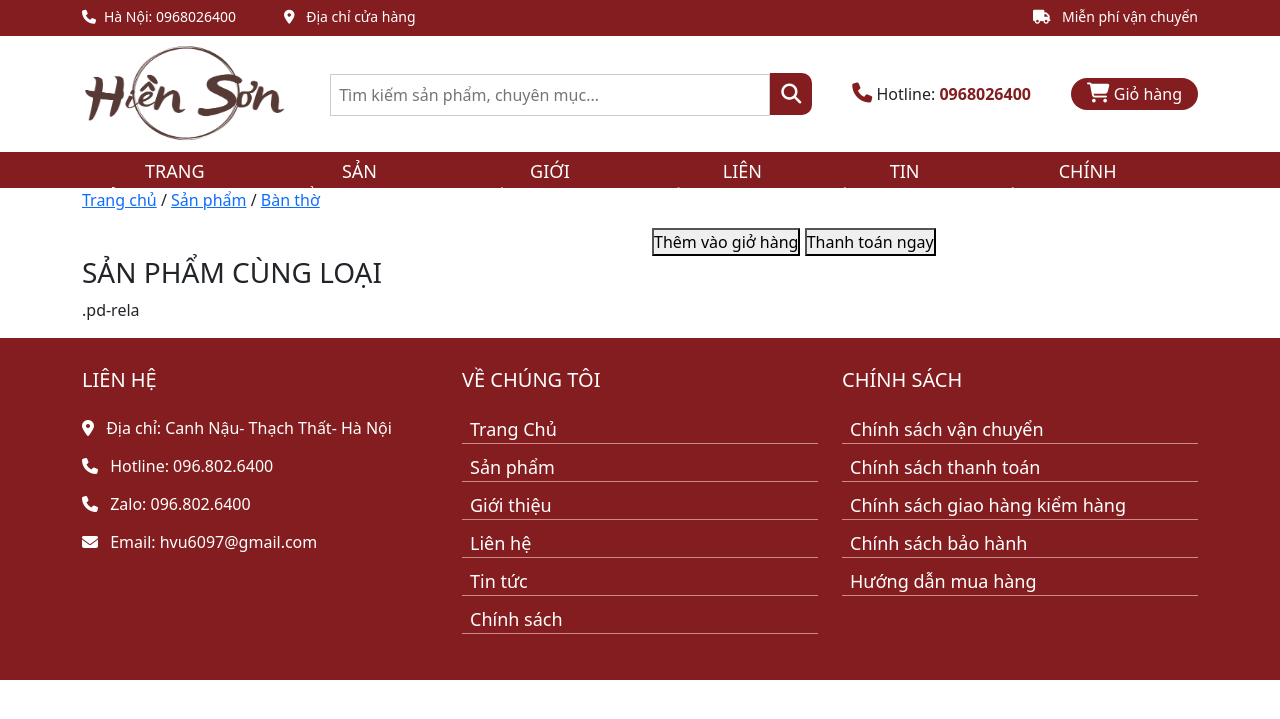
Repository: hoang28092000/do_go_hien_son
Page: product_details/ban_tho-g001.html
These files come from the project's save history. The page is drawn as it stood at one moment and after a run of saves; the edit follows.
The browser window is 1280 px wide. The pictures show the whole page.
Some web libraries are served in a nearby version.

Above is the page before, as saved 2024-08-10 18:34:54.

### product_details/ban_tho-g001.html
<!DOCTYPE html>
<html lang="en">
<head>
    <meta charset="UTF-8">
    <meta name="viewport" content="width=device-width, initial-scale=1.0">
    <link rel="stylesheet" href="../asset/style.css">
    <link rel="stylesheet" href="https://cdnjs.cloudflare.com/ajax/libs/font-awesome/6.6.0/css/all.min.css" integrity="sha512-Kc323vGBEqzTmouAECnVceyQqyqdsSiqLQISBL29aUW4U/M7pSPA/gEUZQqv1cwx4OnYxTxve5UMg5GT6L4JJg==" crossorigin="anonymous" referrerpolicy="no-referrer" />
    <link href="https://cdn.jsdelivr.net/npm/bootstrap@5.3.3/dist/css/bootstrap.min.css" rel="stylesheet" integrity="sha384-QWTKZyjpPEjISv5WaRU9OFeRpok6YctnYmDr5pNlyT2bRjXh0JMhjY6hW+ALEwIH" crossorigin="anonymous">
    <title>Bàn thờ gia tiên G001</title>
</head>
<body>
    <div id="header">
        <div class="top_header">
            <div class="container">
                <div class=" d-flex align-items-center justify-content-between pt-1">
                    <div class="d-flex">
                        <p class="mb-0 me-5"><a href="" class="txt-th">
                            <i class="fa-solid fa-phone icon-th pe-2"></i>Hà Nội: 0968026400
                        </a></p>
                        <p class="mb-0"><a href="" class="txt-th">
                            <i class="fa-solid fa-location-dot icon-th pe-2"></i>
                        Địa chỉ cửa hàng</a></p>
                    </div>
                    <p class="mb-0"><a href="" class="txt-th">
                        <i class="fa-solid fa-truck icon-th pe-2"></i>
                    Miễn phí vận chuyển</a></p>
                </div>
            </div>
        </div>
    </div>

        <div class="main_header py-2">
            <div class="container">
                <ul class="d-flex justify-content-between align-items-center ps-0 mb-0">
                    <li class="logo-hs">
                        <a href="../index.html"><img src="../asset/image/logo_1.png" class="logo-hd" alt=""></a>
                    </li>
                    <li class="search-hd">
                        <input type="text" class="input-search-hd" placeholder="Tìm kiếm sản phẩm, chuyên mục..."><i class="fa-solid fa-magnifying-glass icon-search_hd"></i>
                    </li>

                    <li class="contact-hd">
                        <i class="fa-solid fa-phone icon-hd "></i>
                        <span class="txt-hd">Hotline: <b style="color: #831d1f;">0968026400</b></span>
                    </li>

                    <li class="cart-hd">
                        <p class="mb-0 cart-list py-1 px-3">
                            <i class="fa-solid fa-cart-shopping icon-cart"></i><span class="txt-cart"> Giỏ hàng</span>
                        </p>
                    </li>
                </ul>
            </div>
        </div>

        <div class="bottom_header">
            <div class="container">
                <ul class="links d-flex justify-content-center align-items-center mb-0 ps-0">
                    <li class="link "><a href="../index.html" class="txt-link">TRANG CHỦ</a></li>
                    <li class="link"><a href="../website/product.html" class="txt-link">SẢN PHẨM</a></li>
                    <li class="link"><a href="../website/about-us.html" class="txt-link">GIỚI THIỆU</a></li>
                    <li class="link"><a href="../website/contact.html" class="txt-link">LIÊN HỆ</a></li>
                    <li class="link"><a href="../website/news.html" class="txt-link">TIN TỨC</a></li>
                    <li class="link"><a href="../website/policy.html" class="txt-link">CHÍNH SÁCH</a></li>
                 </ul>
            </div>
        </div>
    </div>
    <div class="main-product_details">
        <div class="container">
            <div class="links-product_details">
                <a href="" class="">Trang chủ</a>
                <span class="slash"> /</span>
                <a href="" class="">Sản phẩm</a>
                <span class="slash"> /</span>
                <a href="" class="">Bàn thờ</a>
            </div>

            <div class="card-p_details">
                <div class="row">
                    <div class="col-lg-6">
                        <img src="" alt="" class="img-p_details">
                    </div>
                    <div class="col-lg-6">
                        <div class="info-p_details">
                            <h3 class="name-P_details">

                            </h3>

                            <p class="desc-info-pd"></p>
                            <p class="evaluate">

                            </p>
                            <p class="price-pd"></p>
                            <div class="pay">
                                <button class="add_cart">Thêm vào giở hàng</button>
                                <button class="buy">Thanh toán ngay</button>
                            </div>
                        </div>
                    </div>
                </div>
            </div>
            <h3 class="title-pd">
                SẢN PHẨM CÙNG LOẠI
            </h3>
            .pd-rela
        </div>
    </div>


    <div id="footer" class="mt-3">
        <div class="container">
            <div class="row">
                <div class="col-lg-4">
                    <h4 class="title-ft">LIÊN HỆ</h4>
                    <ul class="list-info">
                        <li>
                            <i class="fa-solid fa-location-dot icon-ft pe-2"></i>
                            <span class="txt-ft">Địa chỉ: Canh Nậu- Thạch Thất- Hà Nội</span>
                        </li>
                        <li>
                            <i class="fa-solid fa-phone icon-ft pe-2"></i>
                            <span class="txt-ft">Hotline: 096.802.6400</span>
                        </li>
                        <li>
                            <i class="fa-solid fa-phone icon-ft pe-2"></i>
                            <span class="txt-ft">Zalo: 096.802.6400    </span>
                        </li>
                        <li>
                            <i class="fa-solid fa-envelope icon-ft pe-2"></i>
                           <span class="txt-ft">Email: hvu6097@gmail.com</span>
                        </li>
                    </ul>
                </div>
                <div class="col-lg-4">
                    <h4 class="title-ft">
                        VỀ CHÚNG TÔI
                    </h4>
                    <ul class="list-links ps-0">
                        <li class="item-link"><a href="../index.html" class="link-ft">Trang Chủ </a></li>
                        <li class="item-link"><a href="../website/product.html" class="link-ft">Sản phẩm</a></li>
                        <li class="item-link"><a href="../website/about-us.html" class="link-ft">Giới thiệu</a></li>
                        <li class="item-link"><a href="../website/contact.html" class="link-ft">Liên hệ</a></li>
                        <li class="item-link"><a href="../website/news.html" class="link-ft">Tin tức</a></li>
                        <li class="item-link"><a href="../website/policy.html" class="link-ft">Chính sách</a></li>
                    </ul>
                </div>
                <div class="col-lg-4">
                    <h4 class="title-ft">
                       CHÍNH SÁCH
                    </h4>
                    <ul class="list-links ps-0">
                        <li class="item-link"><a href="../website/policy.html" class="link-ft">Chính sách vận chuyển </a></li>
                        <li class="item-link"><a href="../website/policy.html" class="link-ft">Chính sách thanh toán</a></li>
                        <li class="item-link"><a href="../website/policy.html" class="link-ft">Chính sách giao hàng kiểm hàng</a></li>
                        <li class="item-link"><a href="../website/policy.html" class="link-ft">Chính sách bảo hành</a></li>
                        <li class="item-link"><a href="../website/policy.html" class="link-ft">Hướng dẫn mua hàng</a></li>
                    </ul>
                </div>

            </div>
        </div>
    </div>
</body>
</html>

### asset/style.css
*{
    padding: 0px;
    margin: 0px ;
    box-sizing: border-box;
    list-style: none;
}

.top_header{
    height: 36px;
    background-color: #831d1f;
}

.top_header .txt-th{
    color: #fff;
    font-size: 14px;
    text-decoration: none;
    font-weight: 500;
}

.top_header .icon-th{
    color: #fff;
}
.top_header .txt-th:hover,
.top_header .icon-th:hover{
    opacity: 0.7;
}

.main_header .logo-hd{
    height: 100px;
    width: 208px;
}
.main_header .input-search-hd{
    font-size: 16px;
    color: #333;
    padding-left: 8px;
    width: 440px;
    height: 42px;
    border: 1px solid #ccc;
    outline: none;
}
.main_header .icon-search_hd{
    font-size: 20px;
    background-color: #831d1f;
    padding: 11px;
    color: #fff;
    border-radius: 0 10px 10px 0;
}
.main_header .icon-search_hd:hover{
    opacity: 0.7;
    cursor: pointer;
}
.main_header .contact-hd .icon-hd{
    font-size: 20px;
    color: #831d1f;
}
.cart-hd .cart-list{
    background-color: #831d1f;
    border-radius: 16px;
}
.cart-hd .txt-cart{
    font-size: 16px;
    font-weight: 500;
    color: #fff;
}
.cart-hd .icon-cart{
    font-size: 20px;
    color: #fff;
}
.cart-hd .cart-list:hover{
    opacity: 0.7;
    cursor: pointer;
}

.bottom_header{
    height: 36px;
    background-color: #831d1f;
}
.bottom_header .links{
    list-style: none;
    padding-top: 6px;
}

.links .txt-link{
    text-decoration: none;
    font-size: 18px;
    font-weight: 500;
    color: #fff;
    padding: 7px 63px 5px;
}
/* .links .txt-link:first-child{
    padding-left:0 ;

}
.links .txt-link:last-child{
    padding-right:0 ;
} */
.links .txt-link:hover{
    cursor: pointer;
    background-color: #bd7071;
}


/* Main*/
#main{
    padding: 20px 0;
}

.left-main .product_portfolio .txt_portfolio{
    font-size: 18px;
    font-weight: 600;
    padding: 4px 10px 4px 0;
    text-align: center;
    background-color: #831d1f;
    color: #fff;
}

.left-main .list_portfolio .items-product{
    border-bottom: 1px solid #ccc;
    padding: 10px 0 4px;
}

.left-main .list_portfolio .items-product:hover{
    background-color: #bd7071;
    color: #fff;
    cursor: pointer;
}
.left-main .list_portfolio .items-product:hover .txt-porduct {
    color: #fff;
}

.left-main .list_portfolio .txt-porduct{
    font-size: 18px;
    color: #333;
    text-decoration: none;
    padding-left: 4px;
    font-weight: 500;
}

/* right-main */

.right-main .first_news .txt-title{
    font-size: 32px;
    font-weight: 600;
    color: #fff;
    background-color: #831d1f;
    padding-left: 10px;

}
.right-main .first_news .hr-title{
    height: 3px;
    background-color: rgb(83, 19, 19);
}
.right-main .first_news .img-rm{
    height: 700px;
}

.right-main .first_news .title-news{
    font-size: 24px;
    font-weight: 500;
    color: #333;

}
.right-main .first_news .txt-bnews{
    font-size: 22px;
    font-weight: 500;
    color: #333;
}
.right-main .first_news .txt-news{
    font-size: 18px;
    color: 16px;
    padding-left: 40px;
    font-weight: 400;
}

.right-main .first_news  .btxt-news{
    font-size: 20px;
    font-weight: 400;
    color: #333;
    padding-left: 20px;
}


/* Main product */
#main .product .img-product{
    height: 412px;
}
#main .product{
    box-shadow: 0px 0px 5px 4px #ccc;
    padding-bottom: 20px;
}
.link-product{
    text-decoration: none;

}
.product .name-product{
    font-size: 18px;
    color: #333;
    font-weight: 500;
    text-align: center;

}
.product .sold-out{
    font-size: 16px;
    color: #757070;
    text-align: center;
}
.product .price-pr{
    font-size: 18px;
    font-weight: 500;
    color: #757070;
    text-decoration: line-through;
}
.product .price-promotion{
    font-size: 18px;
    font-weight: 500;
    color: #fff;
    background-color: #831d1f;
    border-radius: 20px;
    text-align: center;
    padding: 4px 10px;
}
.product .icon_cart-product{
    font-size: 20px;
    color: #831d1f;
    margin-left: 10px;
}

#main .relate_news .title_relate{
    font-size: 24px;
    color: #fff;
    background-color: #831d1f;
    padding: 8px 0 8px 8px;
}
.relate_news .link-relate{
    text-decoration: none;
}
.relate_news .card-relate{
    padding-bottom: 20px;
    box-shadow: 0px 0px 5px 4px #ccc;
}
.card-relate .img-relate{
    height: 229px;
}
.card-relate .info_relate{
    padding: 20px 20px 0 20px;
}
.card-relate .info_relate .h-relate{
    font: size 18px;
    color: #333;
    font-weight: 500;
}
.card-relate .info_relate .desc-relate{
    font-size: 16px;
    font-weight: 400;
    color: #333;
}




/* main about-us */
.main_about-us .title-as{
    font-size: 30px;
    font-weight: 600;
    color: #831d1f;
    text-align: center;
}
.main_about-us .hr-as{
    width: 200px;
    height: 4px;
    background-color: #831d1f;
    margin: 0 auto;
}
.main_about-us .heading-txt{
    font-size: 20px;
    font-weight: 500;
    color: #333;
}

.main_about-us .desc-as{
    font-size: 18px;
    color: #333;
    line-height: 1.8;
}


/* main contact */

.main-contact .title-contact{
    font-size: 30px;
    font-weight: 600;
    color: #831d1f;
    text-align: center;
}

.main-contact .my-info{
    box-shadow: 0px 0px 5px 4px #ccc;
    padding:  20px ;
    height: 437px;
}
.main-contact .my-info .logo-info{
    width: 100px;
    height: 100px;
    border: 2px double #831d1f;

}
.main-contact .my-info .icon-contact{
    font-size: 20px;
    color: #831d1f;
}

.main-contact .my-info .your-info{
    font-size: 22px;
    font-weight: 500;
    color: #831d1f;
    text-align: center;
}
.main-contact .my-info .txt-yi{
    font-size: 18px;
    color: #333;
    font-weight: 500;
}

.main-contact .my-info .input-yi{
    width: 100%;
    outline: none;
    border: 1px solid #ccc;
    padding : 4px 0 4px 6px;
}
.main-contact .text-contact{
    font-size: 18px;
    color: #831d1f;
    font-weight: 500;
    text-align: center;
}
.main-contact .btn-submit{
    border-radius: 10px;
    background-color: #831d1f;
    color: #fff;
    padding: 6px 30px;
    font-size: 18px;
}


/* main-news*/
.main-news .title-news{
    font-size: 24px;
    font-weight: 500;
    color: #831d1f;
    border-bottom: 5px solid #831d1f;
}
.main-news .img-news{
    height: 205px;
}

.main-news .link-news{
    text-decoration: none;
}

.main-news .card-news{
    height: 373px;
    border: 1px solid #ccc;
}

.main-news .link-news .info-news{
    padding: 0 8px;
}

.main-news .link-news .heading-news{
    font-size: 18px;
    font-weight: 500;
    color: #333;
    padding-top: 16px;
    margin-bottom: 0;
}
.main-news .link-news .desc-news{
    font-size: 16px;
    font-weight: 400;
    color: #333;
    margin-top: 4px;
    margin-bottom: 0;
}
.main-news .link-news .time-up{
    font-size: 12px;
    color: #757070;
    font-style: italic;
    padding: 10px 0 20px;
    float: right ;
}

/*main policy  */
.main-policy .title-policy{
    font: 30px;
    color: #831d1f;
    font-weight: 700;
    text-align: center;
    padding-top: 40px;
}
.main-policy .hr-policy{
    width: 200px;
    height: 4px;
    background-color: #831d1f;
    margin: 0 auto;
}
.main-policy .info-policy{
    margin-bottom: 32px;
}

.main-policy .heading-policy{
    font-size: 20px;
    color: #333;
    font-weight: 500;
}

.main-policy .txt-policy{
    padding-left: 20px;
}


/* main thiết kế phòng thờ hợp phong thủy */
.main-design_news .title-ds_news{
    font-size: 30px;
    font-weight: 700;
    color: #831d1f;
    margin-top: 30px;
    text-align: center;
}
.main-design_news .desc-news{
    font-size: 20px;
    color: #333;
    font-weight: 400;
    line-height: 1.7;
}
.main-design_news .img-news{
    height: 400px;
    width: 45%;
    padding: 10px 20px;
}
.main-design_news .desc-img{
    font-size: 16px;
    color: #423e3e;
    font-style: italic;
    text-align: center;
    padding-top: 20px;
}
.main-design_news .title_desc-news{
    font-size: 24px;
    font-weight: 600;
}

/* footer */
#footer{
    background-color: #831d1f;
    padding: 30px 0;
}
#footer .title-ft{
    font-size: 20px;
    font-weight: 500;
    color: #fff;
    margin-bottom: 24px;
}
#footer .list-info{
    padding-left: 0;
}
#footer .txt-ft ,
.icon-ft{
    color: #fff;
    font-size: 16px;
    font-weight: 400;
    padding-bottom: 18px;
}
#footer .list-links .link-ft{
    font-size: 18px;
    color: #fff;
    font-weight: 400;
    text-decoration: none;
    padding-left: 8px;
}
#footer .list-links .item-link{
    border-bottom: 1px solid #cc8b8b;
    margin-bottom: 10px;
}
#footer .list-links .item-link:hover{
    background-color: #bd7071;
    cursor: pointer;

}

After the next 2 saves:
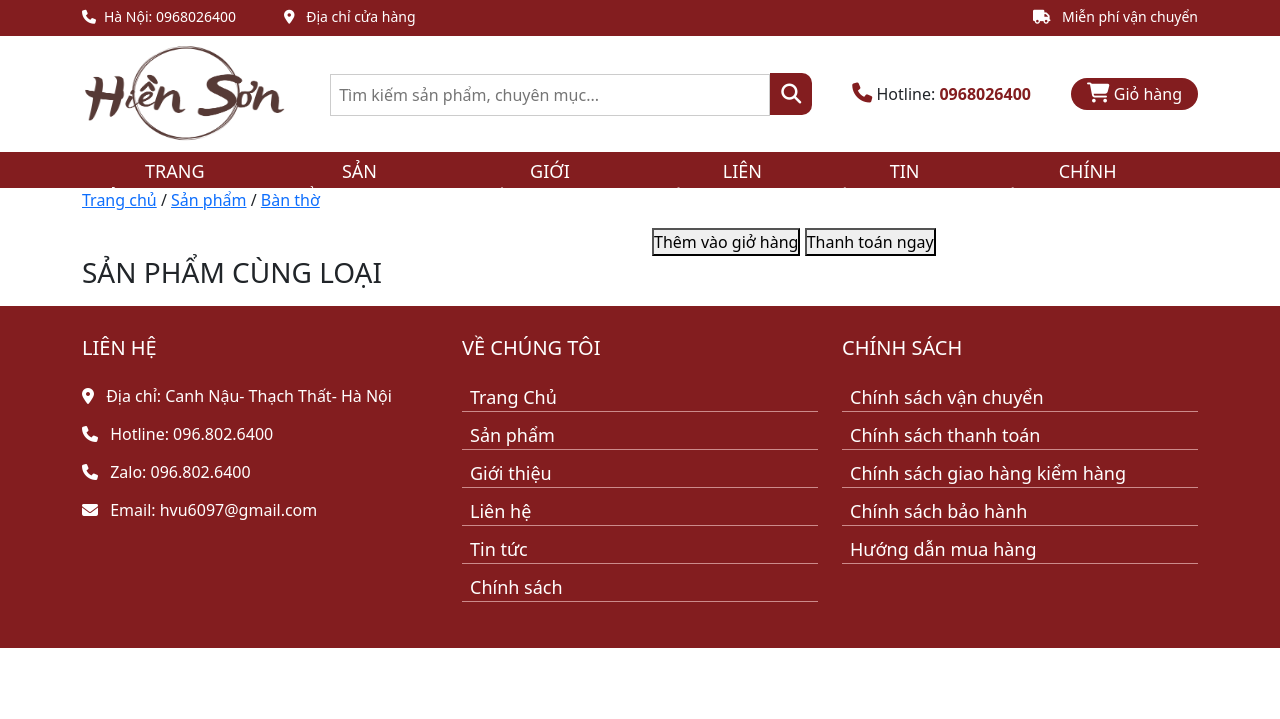
The 2 saves are shown as one change because they came seconds apart.
The last was saved 6 s later.
--- a/product_details/ban_tho-g001.html
+++ b/product_details/ban_tho-g001.html
@@ -103,7 +103,9 @@
             <h3 class="title-pd">
                 SẢN PHẨM CÙNG LOẠI
             </h3>
-            .pd-rela
+            <div class="pd-relate">
+
+            </div>
         </div>
     </div>
 

After the 3 saves that followed:
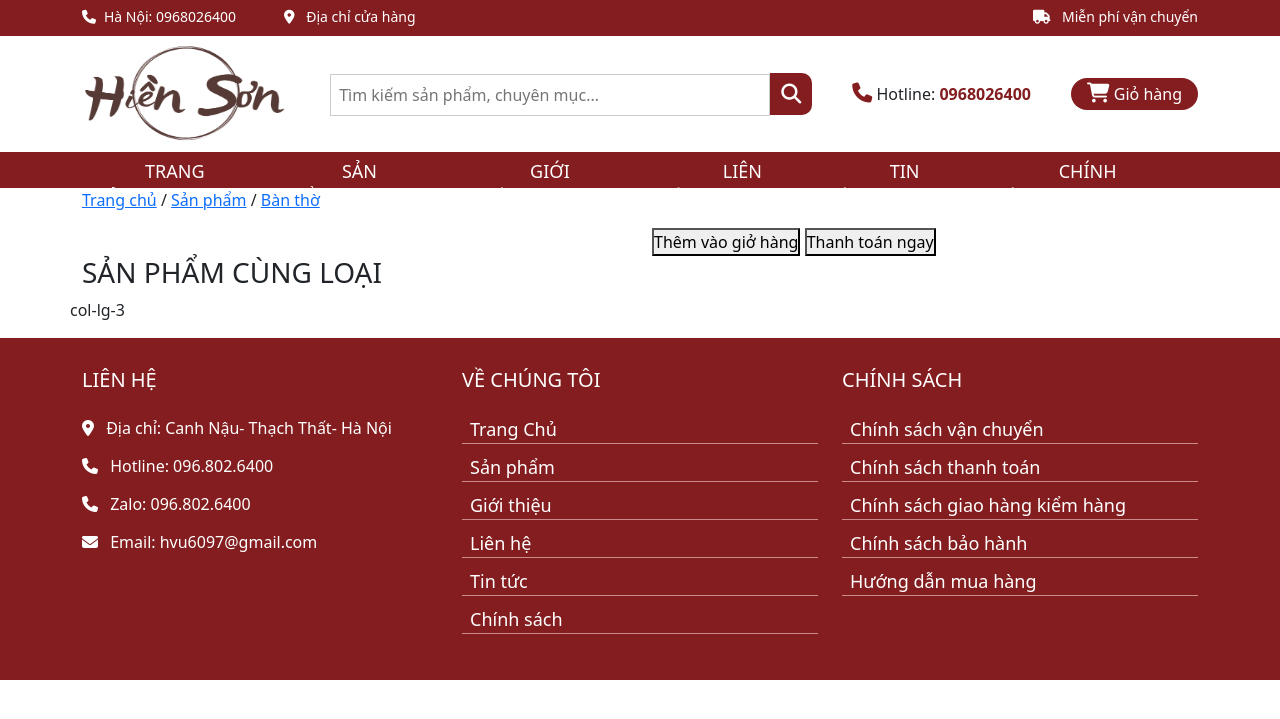
The 3 saves are shown as one change because they came seconds apart.
The last was saved 12 s later.
--- a/product_details/ban_tho-g001.html
+++ b/product_details/ban_tho-g001.html
@@ -104,7 +104,9 @@
                 SẢN PHẨM CÙNG LOẠI
             </h3>
             <div class="pd-relate">
-
+                <div class="row">
+                    col-lg-3
+                </div>
             </div>
         </div>
     </div>
